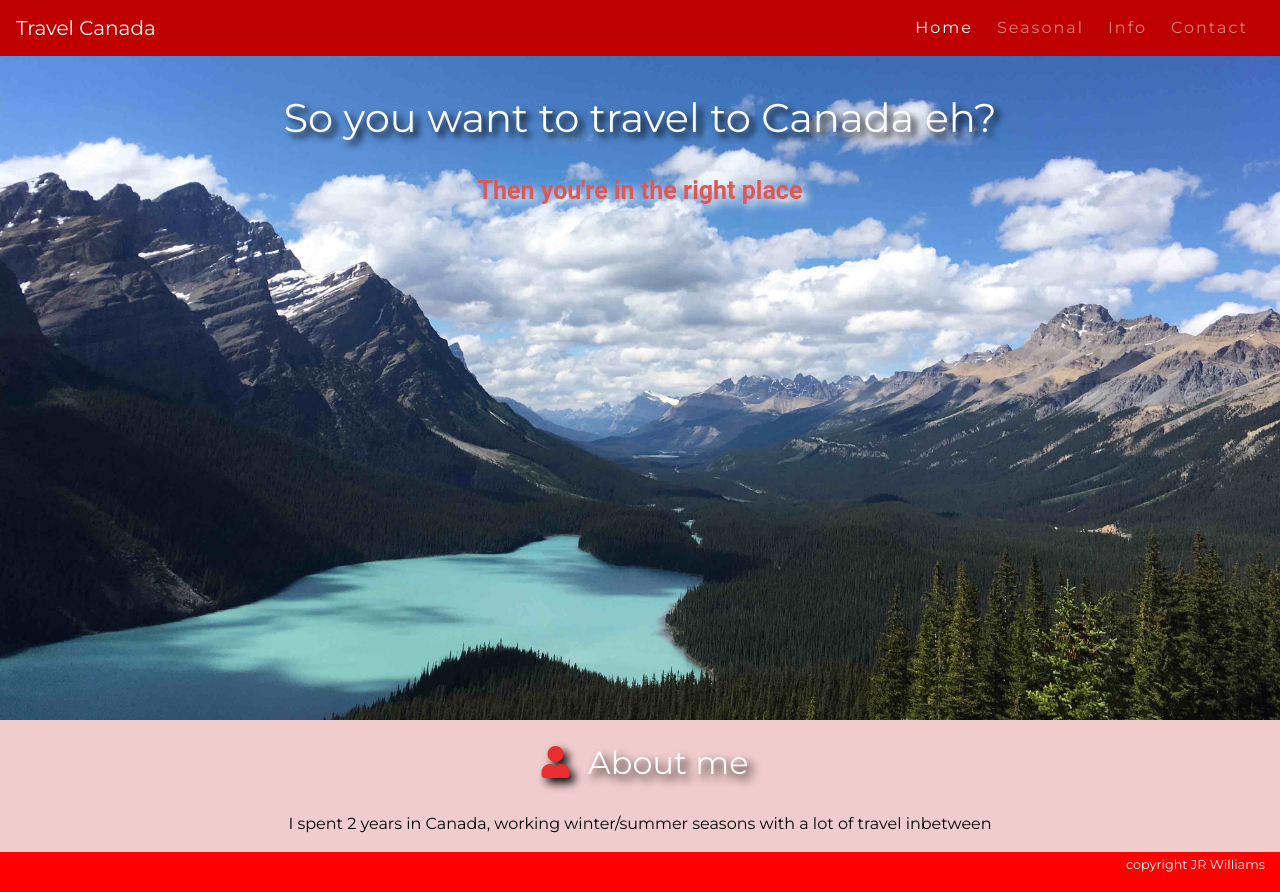
Repository: JonWil91/Travel-Canada
Page: index.html
The author's editor kept a record of every edit. The page is drawn from the files as they stood at one moment, then again after the next edit.
The browser window is 1280 px wide. The pictures show the whole page.
Backgrounds fixed to the window are drawn as part of the page. Some web libraries are served in a nearby version.

Above is the page before.

### index.html
<!DOCTYPE html>
<html lang="en">

<head>
    <meta charset="UTF-8">
    <meta name="viewport" content="width=device-width, initial-scale=1.0">
    <meta http-equiv="X-UA-Compatible" content="ie=edge">
    <title>Travel Canada</title>
    <link rel="stylesheet" href="https://stackpath.bootstrapcdn.com/bootstrap/4.3.1/css/bootstrap.min.css" integrity="sha384-ggOyR0iXCbMQv3Xipma34MD+dH/1fQ784/j6cY/iJTQUOhcWr7x9JvoRxT2MZw1T" crossorigin="anonymous">
    <link href="https://fonts.googleapis.com/css?family=Montserrat:200,400,500i&display=swap" rel="stylesheet">
    <link rel="stylesheet" href="https://use.fontawesome.com/releases/v5.6.1/css/all.css" integrity="sha384-gfdkjb5BdAXd+lj+gudLWI+BXq4IuLW5IT+brZEZsLFm++aCMlF1V92rMkPaX4PP" crossorigin="anonymous">
    <link rel="stylesheet" href="css/style.css" type="text/css" />


    <body>

        <!-- navbar -->

        <div class="container-fluid navalert-container">
            <nav class="navbar navbar-dark navbar-expand-sm navbar-fixed-top">
                <a href="index.html" class="navbar-brand">Travel Canada</a>
                <button class="navbar-toggler ml-auto" type="button" data-toggle="collapse" data-target="#navbarNavDropdown" aria-controls="navbarNavDropdown" aria-expanded="false" aria-label="Toggle
        navigation">
            <span class="navbar-toggler-icon"></span>
        </button>
                <div class="collapse navbar-collapse" id="navbarNavDropdown">
                    <ul class="navbar-nav ml-auto">
                        <li class="active nav-item mr-2"><a class="nav-link" href="index.html">Home</a></li>
                        <li class="nav-item mr-2"><a class="nav-link" href="seasonal.html">Seasonal</a></li>
                        <li class="nav-item mr-2"><a class="nav-link" href="info.html">Info</a></li>
                        <li class="nav-item mr-2"><a class="nav-link" href="contact.html">Contact</a></li>

                    </ul>
                </div>
            </nav>
        </div>

        <!-- /navbar -->

        <!-- landing page -->


        <div class="container-fluid callout-container">
            <!-- Callout -->
            <div class="row">
                <div class="col-12">
                    <section class="callout jumbotron text-center">
                        <h1 class="jumbotron-header">So you want to travel to Canada eh?</h1>
                        <p class="lead">Then you're in the right place</p>
                    </section>
                </div>
            </div>
        </div>

        <!--/landing page-->

        <!-- about me -->

        <div class="container-fluid text-center">
            <div class="row">
                <div class="col-12">
                    <h2 class="about-me"><i class="fas fa-user icon my-3"></i> About me</h2>
                    <p class="about-me-text">
                        I spent 2 years in Canada, working winter/summer seasons with a lot of travel inbetween
                    </p>
                </div>
            </div>
        </div>

        <!-- /about me -->

        <!-- footer -->

        <div class="container-fluid footer">
            <div class="row">
                <div class="col-12">
                    <p class="ml-auto"><small>copyright JR Williams</small></p>

                </div>
            </div>
        </div>


        <!-- /footer -->











        <script src="https://code.jquery.com/jquery-3.3.1.slim.min.js" integrity="sha384-q8i/X+965DzO0rT7abK41JStQIAqVgRVzpbzo5smXKp4YfRvH+8abtTE1Pi6jizo" crossorigin="anonymous"></script>
        <script src="https://cdnjs.cloudflare.com/ajax/libs/popper.js/1.14.7/umd/popper.min.js" integrity="sha384-UO2eT0CpHqdSJQ6hJty5KVphtPhzWj9WO1clHTMGa3JDZwrnQq4sF86dIHNDz0W1" crossorigin="anonymous"></script>
        <script src="https://stackpath.bootstrapcdn.com/bootstrap/4.3.1/js/bootstrap.min.js" integrity="sha384-JjSmVgyd0p3pXB1rRibZUAYoIIy6OrQ6VrjIEaFf/nJGzIxFDsf4x0xIM+B07jRM" crossorigin="anonymous"></script>






    </body>

### css/style.css
body {
    font-family: 'Montserrat', sans-serif;
    background-color: #f1cccc;
}


/* Navbar */

.navalert-container {
    position: absolute;
    top: 0;
    left: 0;
    padding-left: 0;
    padding-right: 0;
    z-index: 1;
    background-color: #ff0000;
}

.navbar {
    margin-bottom: 0;
    border: 0;
    width: 100%;
    background-color: rgba(0, 0, 0, 0.25);
}

.navbar-toggler {
    border: none;
    background-color: transparent;
}

.navbar-brand {
    font-weight: 500;
}

.navbar-nav {
    letter-spacing: 2px;
}


/* /navbar */

/* landing page */

.callout-container {
    height: 100vh;
    background: url("../images/canada-landing-page.jpg") no-repeat bottom right fixed;
    -webkit-background-size: cover;
    -moz-background-size: cover;
    -o-background-size: cover;
    background-size: cover;

    display: flex;
    justify-content: center;
    position: relative;
}



.jumbotron {
    background-color: transparent;
    margin-top: 30px;
    color: #fafafa;
}

.jumbotron-header {
    font-size: 40px;
    color: #fafafa;
    text-shadow: 5px 5px 7px black;
}

.lead {
    margin-top: 30px;
    color: #de5858;
    font-family: 'Roboto', sans-serif;
    font-weight: 600;
    font-size: 25px;
    text-shadow: 5px 5px 10px #fafafa;

}

.about-me {
    color: #fafafa;
    text-shadow: 5px 5px 10px black;
}

.about-me-text {
    color: black;
}


/* /landing page */

/* seasonal */

.title-container {
    display: flex;
    justify-content: center;
    position: relative;
}

.container-subheading {
    display: flex;
    justify-content: center;
    position: relative;
}

.img-fluid {
    width: 100vh;
    height: 65vh;
    border-radius: 20px;
}


.icon {
    color: #e82e2e;
    padding: 10px;
    transition: all 0.3s ease 0s;
}

.icon:hover {
    color: #f59e42;
}

.season-title {
    padding: 0 0 20px 0;

}

.season-section {
    font-size: 18px;
    padding: 10px;
}

.card-header {
    justify-content: center;
    display: flex;
    background-color: transparent;
    border: none;
    text-decoration: none;
}

button {
    text-decoration: none;
}

.btn-link {
    font-size: 25px;
}

.btn-link:hover,
.btn-link:active,
.btn-link:focus {
    text-decoration: none;
    background-color: #ff0000;
    color: #fafafa;
    font-size: 25px;
    border-radius: 5px;
}


/* /seasonal */


/* Info */


.title {
    color: #fafafa;
}

.timeline-item {
    padding: 4em 2em 0em 2em;
    position: relative;
    color: red;
    border-left: 1px solid;
}

.timeline-item p {
    padding: 0;
    margin: 0;
}

.timeline-item:before {
    content: attr(data-dates);
    position: absolute;
    left: 2.5em;
    top: 3em;
    display: block;
    font-family: "Exo", sans-serif;
    font-weight: 500;
    font-size: 0.8em;
    padding: 0;
    margin: 0;
}

.timeline-item:after {
    width: 12px;
    height: 12px;
    display: block;
    top: 2.4em;
    position: absolute;
    left: -6px;
    border-radius: 12px;
    content: '';
    background-color: #fafafa;
}

.history-items {
    margin-bottom: 30px;
}

.extra-info {
    color: red;
}

.card,
.card-reader {
    background-color: transparent;
    border: none !important;
    padding: 0;
    margin-bottom: 20px;
}

.flag-picture {
    width: 90vh;
    height: 65vh;
    border-radius: 20px;
    margin-top: 90px
}

/* /Info */

/* Contact */

.contact-box {
    height: 50px;
}

.contact-button {
    background-color: #ff0000;
}


/* /Contact */

/* Footer */

.footer {
    background-color: #ff0000;
    color: #fafafa;
    float: right;
}

.footer-contact {
    background-color: #ff0000;
    color: #fafafa;
    float: right;
    position: absolute;
    bottom: 0;
}

.ml-auto {
    float: right;
}

/* /footer */

After the next edit:
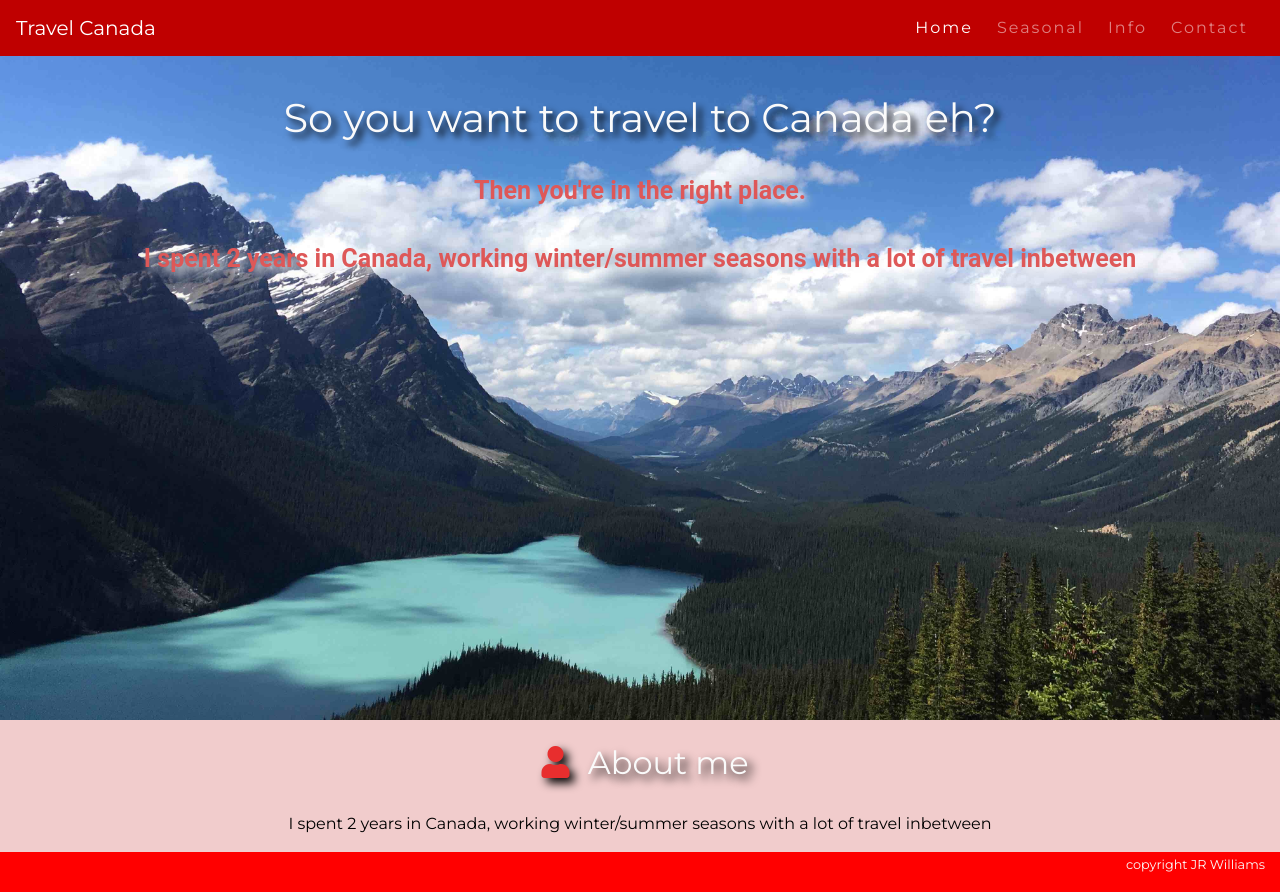
The edit:
--- a/index.html
+++ b/index.html
@@ -46,7 +46,8 @@
                 <div class="col-12">
                     <section class="callout jumbotron text-center">
                         <h1 class="jumbotron-header">So you want to travel to Canada eh?</h1>
-                        <p class="lead">Then you're in the right place</p>
+                        <p class="lead">Then you're in the right place.</p>
+                        <p class="lead">I spent 2 years in Canada, working winter/summer seasons with a lot of travel inbetween</p>
                     </section>
                 </div>
             </div>
